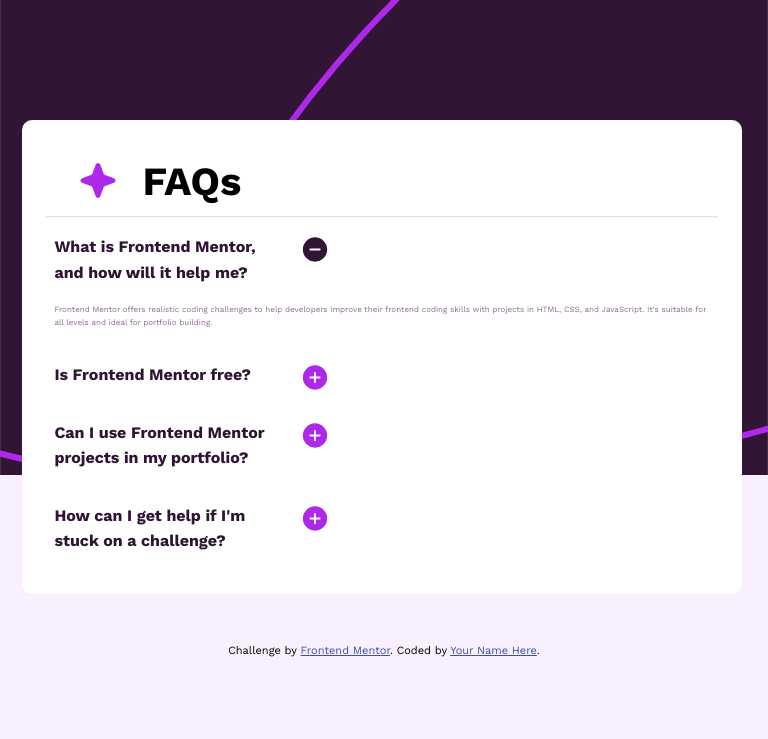
Repository: imokha01/accordion-main
Page: index.html
The author's editor kept a copy of each file at every save. The page is drawn from the files as they stood at one save, then again after the next save.
The browser window is 768 px wide. The pictures show the whole page.
After loading, the first visible `div.title` was clicked once.

Above is the page before, as saved 2023-12-26 11:40:36.

### index.html
<!DOCTYPE html>
<html lang="en">
  <head>
    <meta charset="UTF-8" />
    <meta name="viewport" content="width=device-width, initial-scale=1.0" />
    <!-- displays site properly based on user's device -->
    <link rel="stylesheet" href="./index.css">
    <link
      rel="stylesheet"
      href="https://cdnjs.cloudflare.com/ajax/libs/font-awesome/6.5.1/css/all.min.css"
      integrity="sha512-DTOQO9RWCH3ppGqcWaEA1BIZOC6xxalwEsw9c2QQeAIftl+Vegovlnee1c9QX4TctnWMn13TZye+giMm8e2LwA=="
      crossorigin="anonymous"
      referrerpolicy="no-referrer"
    />
    <link
      rel="icon"
      type="image/png"
      sizes="32x32"
      href="./assets/images/favicon-32x32.png"
    />
    <link rel="preconnect" href="https://fonts.googleapis.com" />
    <link rel="preconnect" href="https://fonts.gstatic.com" crossorigin />
    <link
      href="https://fonts.googleapis.com/css2?family=Work+Sans:wght@400;600;700&display=swap"
      rel="stylesheet"
    />
    <title>Frontend Mentor | FAQ accordion</title>
    <!-- Feel free to remove these styles or customise in your own stylesheet 👍 -->
    <style>
      .attribution {
        font-size: 11px;
        text-align: center;
        margin-top: 1rem;
      }
      .attribution a {
        color: hsl(228, 45%, 44%);
      }
    </style>
  </head>
  <body>
    <div class="container">
      <div class="wrapper">
        <!-- first div content -->
        <main>
          <div id="header">
            <img src="./assets/images/icon-star.svg" alt="star-icon">
            <p id="headerpara">FAQs</p>
          </div>
          <hr>
          <div class="Div" id="div1">
            <div class="title">
              <p class="question">What is Frontend Mentor, and how will it help me?</p>
            </div>
            <div class="para">
              <p id="para1">
                Frontend Mentor offers realistic coding challenges to help developers
                improve their frontend coding skills with projects in HTML, CSS, and
                JavaScript. It's suitable for all levels and ideal for portfolio
                building.
              </p>
            </div>
          </div>
          <!-- second div content -->
          <div class="Div" id="div2">
            <div class="title">
              <p class="question">Is Frontend Mentor free?</p>
            </div>
            <div class="para">
              <p id="para2">
                Yes, Frontend Mentor offers both free and premium coding challenges,
                with the free option providing access to a range of projects suitable
                for all skill levels.
              </p>
            </div>
          </div>
          <!-- third div content -->
          <div class="Div" id="div3">
            <div class="title">
              <p class="question">Can I use Frontend Mentor projects in my portfolio?</p>
            </div>
            <div class="para">
              <p id="para3">
                Yes, you can use projects completed on Frontend Mentor in your
                portfolio. It's an excellent way to showcase your skills to potential
                employers!
              </p>
            </div>
          </div>
          <!-- fourth div content -->
          <div class="Div" id="div4">
            <div class="title">
              <p class="question">How can I get help if I'm stuck on a challenge?</p>
            </div>
            <div class="para">
              <p id="para4">
                The best place to get help is inside Frontend Mentor's Discord
                community. There's a help channel where you can ask questions and seek
                support from other community members.
              </p>
            </div>
          </div>
        </main>
        <!-- footer div -->
        <div class="attribution">
          Challenge by
          <a href="https://www.frontendmentor.io?ref=challenge" target="_blank"
            >Frontend Mentor</a
          >. Coded by <a href="#">Your Name Here</a>.
        </div>
      </div>
    </div>
    <script src="./index.js"></script>
  </body>
</html>

### index.css
:root {
    --White: hsl(0, 0%, 100%);
    --lightPink: hsl(275, 100%, 97%);
    --grayishPurple: hsl(292, 16%, 49%);
    --darkPurple:  hsl(292, 42%, 14%);
    --workSans: 'Work Sans', sans-serif;
}

* {
    margin: 0;
    padding:0;
    box-sizing: border-box;
}

body {
    font-size: 16px;
    font-family: var(--workSans);
    background-color: var(--lightPink);
    position: relative;
    line-height: 1.6;
}

.container  {
    background-image: url("./assets/images/background-pattern-desktop.svg");
    background-repeat: no-repeat;
    background-size: contain;
    display: flex;
    flex-direction: column;
    justify-content: center;
    align-items: center;
    overflow: hidden;
}

hr {
    background-color: var(--lightPink);
    margin-top: .7rem;
    opacity: 0.3;
}

.wrapper {
    width: 35rem;
    padding: 1.5rem;
    left: 30rem;
    border-radius: 10px;
    transition: height 0.5s ease-in 1ms;
}

main  {
    background-color: #fff;
    border-radius: 10px;
    padding: inherit;
    width: inherit;
    overflow: hidden;
    margin-top: 5rem;
    transition: height 0.5s ease-in 1ms;
    overflow: hidden;
}

#headerpara {
    font-size: 2.5rem;
    font-weight: 700;
    margin : -.6rem 1.5rem;

}

#header > img{
    padding-left: 2rem;
}

div#header {
    display: flex;
    flex-direction: row;
    justify-content: flex-start;
    align-items: flex-start;
    width: 10rem;
    margin-top: 1rem;
}

.Div {
    display: flex;
    flex-direction: column;
    justify-content: flex-start ;
    padding: 1rem .5rem;
    height: fit-content;
    transition: height 0.5s ease-in;

}

.title {
    display: flex;;
    justify-content: space-between;
}

.Div div  img {
    cursor: pointer;
}

.title p {
    font-weight: 700;
    color: var(--darkPurple);
    cursor: pointer;
    /* width: 21.875rem; */
}

.para {
    color: var(--grayishPurple);
    margin-top: 1.2rem;
    transition: height 0.5s ease-in 1s;
    overflow: hidden;
    display: none;
    font-size: .9rem;
}

.title{
    position: relative;
    width: 90%;

}
.title::after{
    content:  url(./assets/images/icon-plus.svg);
    position: absolute;
    right: -40px;
}

.active::after{
    content: url(./assets/images/icon-minus.svg);
    right: -40px;

}

.active, .question:hover {
    content: "";
}

@media (max-width: 768px){
    .container {
        background-image: url(./assets/images/background-pattern-mobile.svg);
        margin: 0;
    }

    .wrapper, main {
        width: 100%;
        margin: 3rem -.1rem ;
    }

    .title {
        width: 14rem;
    }

    .title::after,
    .active::after {
        right: -3.2rem;
    }

    .para {
        font-size: .5rem;
    }
}

### index.js
// const answer = document.getElementsByClassName("para");
const question = document.getElementsByClassName("title");

for (let i = 0; i < question.length; i++ ) {
    question[i].addEventListener("click", function(){
        this.classList.toggle("active");
        let active = this.addEventListener.nextElementSibling;
        let para = this.nextElementSibling;
        if(para.style.display === "block"){
            para.style.display = "none";
        } else {
            para.style.display = "block";
        }
    });
}





// var acc = document.getElementsByClassName("accordion");
// var i;

// for (i = 0; i < acc.length; i++) {
//   acc[i].addEventListener("click", function() {
//     /* Toggle between adding and removing the "active" class,
//     to highlight the button that controls the panel */
//     this.classList.toggle("active");

//     /* Toggle between hiding and showing the active panel */
//     var panel = this.nextElementSibling;
//     if (panel.style.display === "block") {
//       panel.style.display = "none";
//     } else {
//       panel.style.display = "block";
//     }
//   });
// }

After the next save:
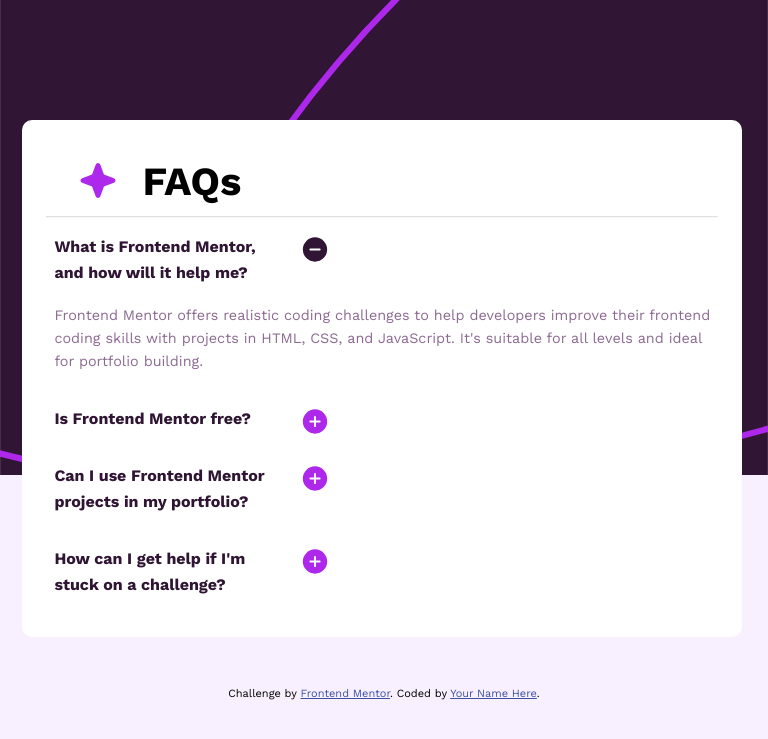
Saved 4 s later.
--- a/index.css
+++ b/index.css
@@ -153,6 +153,6 @@
     }
 
     .para {
-        font-size: .5rem;
+        font-size: .9rem;
     }
 }
